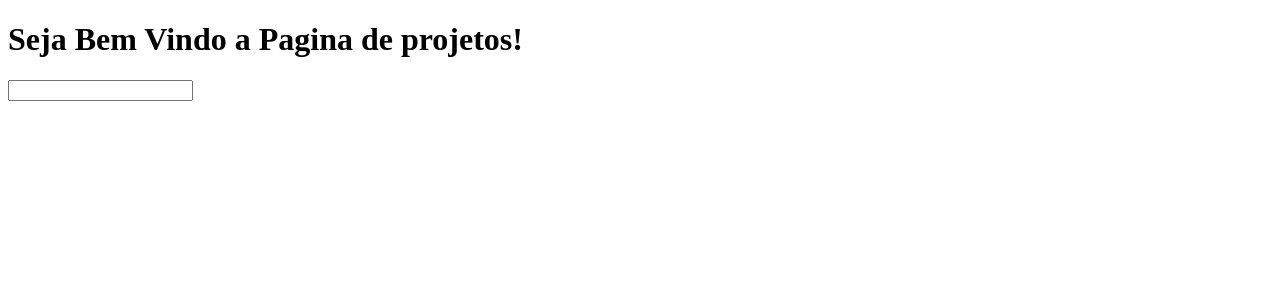
Repository: ericvinicius/cursojavaweb
Page: workspace/Projeto-Pessoal/WebContent/Main.html
An editor plug-in stored every save of this project. The page is shown before and after the next save, followed by the edit.
The browser window is 1280 px wide. The pictures show the whole page.

Above is the page before, as saved 2013-03-16 16:25:52.

After the next save:
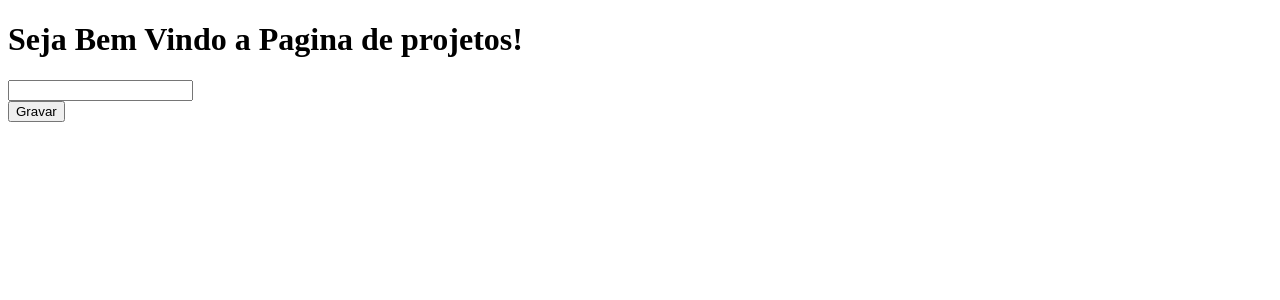
Saved 54 s later.
--- a/workspace/Projeto-Pessoal/WebContent/Main.html
+++ b/workspace/Projeto-Pessoal/WebContent/Main.html
@@ -7,7 +7,8 @@
 <body>
 	<h1>Seja Bem Vindo a Pagina de projetos!</h1>
 
-	<input type="email" x-moz-errormessage="Please specify a valid email address.">
+	<input type="text" name="nome" /> <br />
+	<input type="submit" value="Gravar" />
 
 </body>
 </html>
